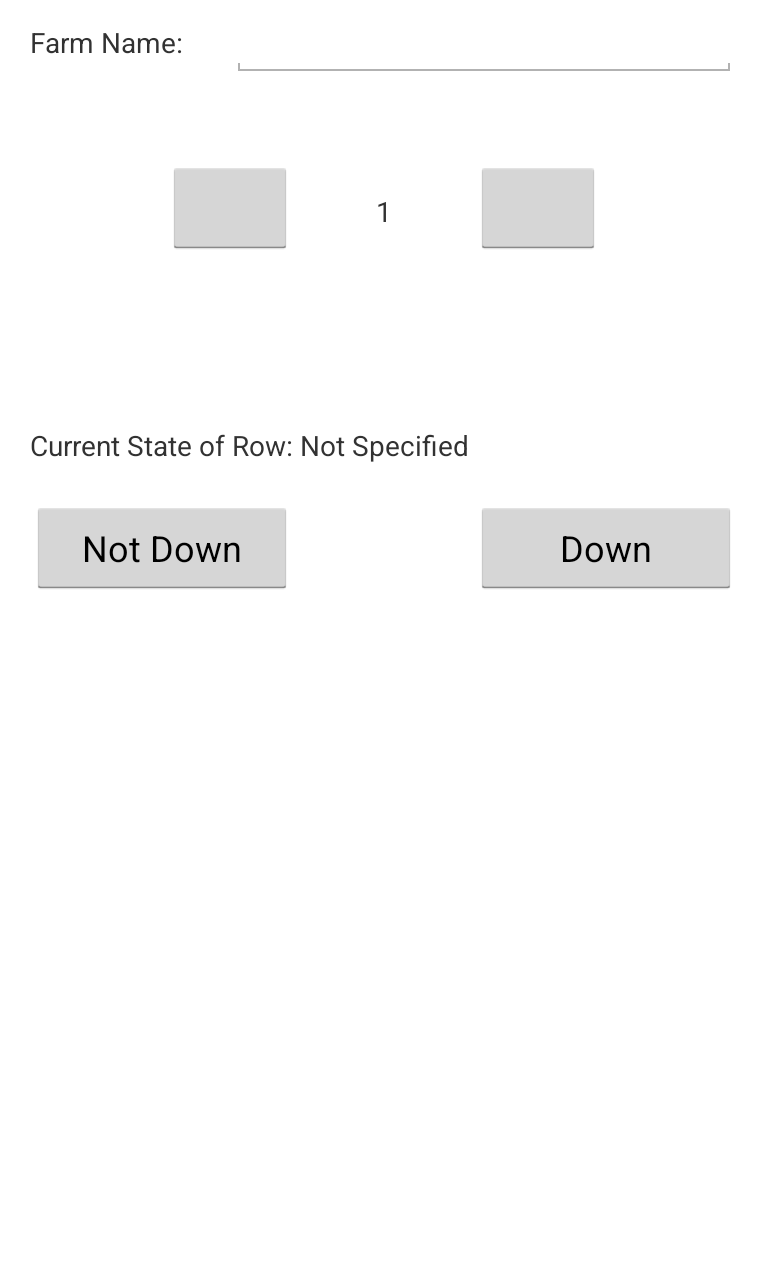
Repository: cokembel/FarmHand
Layout: FarmHand/res/layout/activity_main.xml
An editor plug-in stored every save of this project. The layout is shown before and after the next save, followed by the edit.
It is drawn on a 768 x 1280 px phone screen (xhdpi) without system bars, with theme AppTheme; the app's code is not run.

Above is the layout before, as saved 2012-12-05 10:53:28.

### FarmHand/res/layout/activity_main.xml

    <ScrollView xmlns:android="http://schemas.android.com/apk/res/android"
        android:layout_width="match_parent"
        android:layout_height="match_parent"
        android:layout_alignParentLeft="true"
        android:layout_alignParentTop="true" >

        <RelativeLayout
            android:layout_width="match_parent"
            android:layout_height="wrap_content" >

            <AutoCompleteTextView
                android:id="@+id/farm_name"
                android:layout_width="match_parent"
                android:layout_height="wrap_content"
                android:layout_toRightOf="@+id/farm_label"
                android:layout_alignParentTop="true"
                android:layout_marginRight="15dp"
                android:ems="10" />

            <TextView
                android:id="@+id/farm_label"
                android:layout_width="100dp"
                android:layout_height="wrap_content"
                android:layout_alignBaseline="@id/farm_name"
                android:layout_alignBottom="@id/farm_name"
                android:gravity="left"
                android:layout_marginLeft="15dp"
                android:text="@string/farm_name" />

            <TextView
                android:id="@+id/current_status"
                android:layout_width="match_parent"
                android:layout_height="wrap_content"
                android:layout_alignParentRight="true"
                android:layout_alignBaseline="@+id/status_label"
                android:gravity="center"
                android:text="Not Specified" />

             <TextView
                android:id="@+id/row_number"
                android:layout_width="90dp"
                android:layout_height="40dp"
                android:layout_alignBaseline="@+id/prev_row_button"
                android:layout_alignBottom="@+id/prev_row_button"
                android:layout_centerHorizontal="true"
                android:gravity="center"
                android:text="1" />

            <Button
                android:id="@+id/next_row_button"
                android:layout_width="wrap_content"
                android:layout_height="match_parent"
                android:layout_toRightOf="@id/row_number"
                android:layout_alignTop="@id/prev_row_button"
                />

            <Button
                android:id="@+id/prev_row_button"
                android:layout_toLeftOf="@id/row_number"
                android:layout_width="wrap_content"
                android:layout_height="wrap_content"
                android:layout_marginTop="80dp"/>

            <Button
                android:id="@+id/not_down_button"
                android:layout_width="wrap_content"
                android:layout_height="wrap_content"
                android:layout_marginTop="250dp"
                android:layout_alignRight="@+id/prev_row_button"
                android:layout_alignLeft="@id/farm_label"
                android:text="Not Down" />

            <Button
                android:id="@+id/down_button"
                android:layout_width="match_parent"
                android:layout_height="wrap_content"
                android:layout_alignBottom="@id/not_down_button"
                android:layout_alignLeft="@+id/next_row_button"
                android:layout_alignRight="@id/farm_name"
                android:text="Down" />

            <TextView
                android:id="@+id/status_label"
                android:layout_width="wrap_content"
                android:layout_height="wrap_content"
                android:layout_alignLeft="@+id/farm_label"
                android:layout_below="@+id/prev_row_button"
                android:layout_marginTop="85dp"
                android:text="@string/status"/>

        </RelativeLayout>

    </ScrollView>

### FarmHand/res/values/strings.xml
<resources>

    <string name="app_name">FarmHand</string>
    <string name="menu_settings">Settings</string>
    <string name="title_activity_main">FarmHand</string>
    <string name="farm_name">Farm Name:</string>
	<string name="status">Current State of Row:</string>

</resources>

Loaded but not shown: FarmHand/res/values-v11/styles.xml (common file); FarmHand/res/values-v14/styles.xml (common file); FarmHand/res/values/styles.xml (common file)

After the next save:
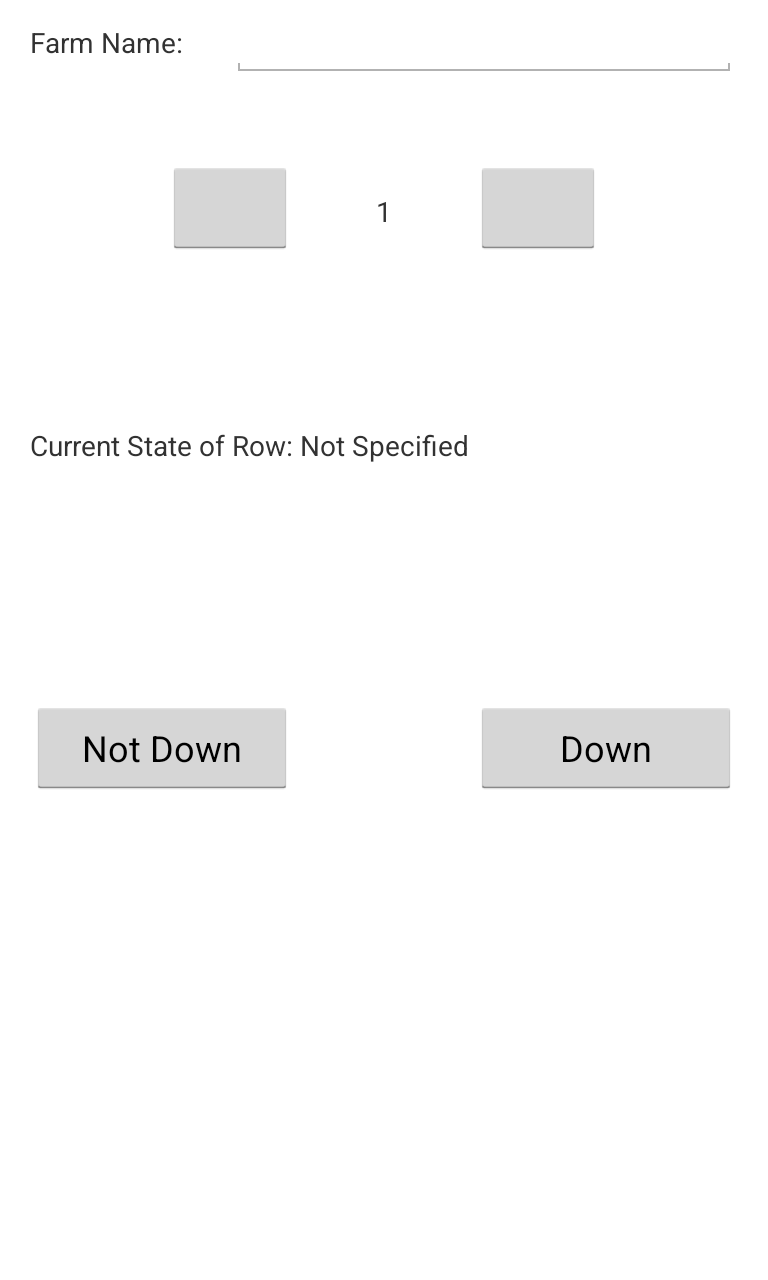
Saved 26 s later.
--- a/FarmHand/res/layout/activity_main.xml
+++ b/FarmHand/res/layout/activity_main.xml
@@ -66,7 +66,7 @@
                 android:id="@+id/not_down_button"
                 android:layout_width="wrap_content"
                 android:layout_height="wrap_content"
-                android:layout_marginTop="250dp"
+                android:layout_marginTop="350dp"
                 android:layout_alignRight="@+id/prev_row_button"
                 android:layout_alignLeft="@id/farm_label"
                 android:text="Not Down" />
